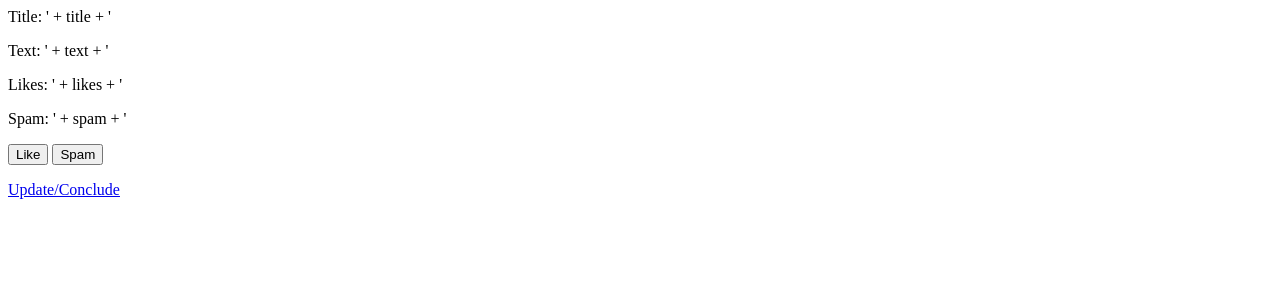
Repository: seantao97/publicProjects
Page: GuessTwoo/v8/Aptana Javascript/Trial/formatHTML.html
An editor plug-in stored every save of this project. The page is shown before and after the next save, followed by the edit.
The browser window is 1280 px wide. The pictures show the whole page.

Above is the page before, as saved 2016-07-22 22:59:51.

After the next save:
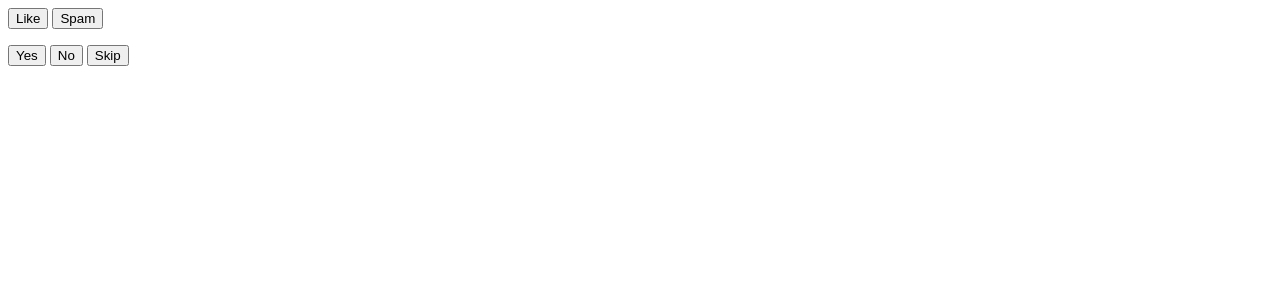
Saved 22 h 38 min later.
--- a/GuessTwoo/v8/Aptana Javascript/Trial/formatHTML.html
+++ b/GuessTwoo/v8/Aptana Javascript/Trial/formatHTML.html
@@ -1,31 +1,36 @@
-<div id="storyOriginal" value="' + storyID + '" >
+<div id="currentStoryGuessDiv">
     <p>
-        <div name="storyTitle">
-            Title: ' + title + '
-        </div>
+        <div name="storyTitle"></div>
     </p>
     <p>
-        <div name="storyText">
-            Text: ' + text + '
-        </div>
+        <div name="storyWriter"></div>
     </p>
     <p>
-        <div name="storyLikes">
-            Likes: ' + likes + '
-        </div>
+        <div name="storyText"></div>
     </p>
     <p>
-        <div name="storySpam">
-            Spam: ' + spam + '
-        </div>
+        <div name="storyLikes"></div>
     </p>
-    <button class="likeButton" name="storyLikeButton" value="' + storyID + '" type="button">
-        Like
-    </button>
-    <button class="spamButton" name="storySpamButton" value="' + storyID + '" type="button">
-        Spam
-    </button>
     <p>
-        <a href="/myStories/reviewStories/updateConcludeStory?currentStoryID=' + storyID + '">Update/Conclude</a>
+        <div name="storySpam"></div>
+    </p>
+    <p>
+        <button class="likeButton" name="storyLikeButton" type="button">
+            Like
+        </button>
+        <button class="spamButton" name="storySpamButton" type="button">
+            Spam
+        </button>
+    </p>
+    <p>
+        <button id="yesButton" type="button">
+            Yes
+        </button>
+        <button id="noButton" type="button">
+            No
+        </button>
+        <button id="skipButton" type="button">
+            Skip
+        </button>
     </p>
 </div>
